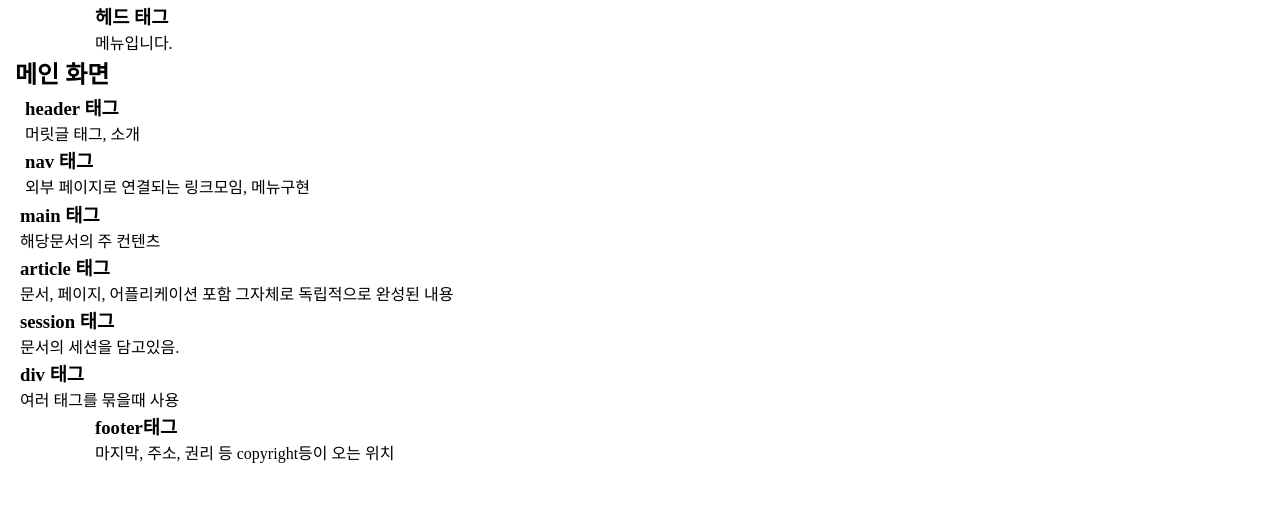
Repository: marudaga/html-css-lecture
Page: work/study/src/main/webapp/htmlEx/ch03/ex10.html
An editor plug-in stored every save of this project. The page is shown before and after the next save, followed by the edit.
The browser window is 1280 px wide. The pictures show the whole page.

Above is the page before, as saved 2022-09-07 01:32:02.

### work/study/src/main/webapp/htmlEx/ch03/ex10.html
<!DOCTYPE html>
<html>
<head>
<meta charset="UTF-8">
<title>Insert title here</title>
<style type="text/css">
* {
	margin:1px 5px; padding:0;
}
header, main,footer{
	width: 1100px; margin: 0 auto;/* margin: 0 auto 좌우 대칭*/
}
</style>

</head>
<body>
	<header>
		<h3>헤드 태그</h3>
		<nav>메뉴입니다.</nav>
	</header>
	<main></main>
	<h2>메인 화면</h2>

	<section style="float: left; width: 65%;">
		<article>
			<h3>header 태그</h3>
			<p>머릿글 태그, 소개</p>
		</article>

		<article>
			<h3>nav 태그</h3>
			<p>외부 페이지로 연결되는 링크모임, 메뉴구현</p>
		</article>
	</section>
	<aside style="float: right; width: 30%;"></aside>
	<div style="clear: both;"></div>

	<article>
		<h3>main 태그</h3>
		<p>해당문서의 주 컨텐츠</p>
	</article>
	<article>
		<h3>article 태그</h3>
		<p>문서, 페이지, 어플리케이션 포함 그자체로 독립적으로 완성된 내용</p>

	</article>

	<article>
		<h3>session 태그</h3>
		<p>문서의 세션을 담고있음.</p>
	</article>
	<article>
		<h3>div 태그</h3>
		<p>여러 태그를 묶을때 사용</p>
	</article>
	<footer>
	<h3>footer태그</h3>
	<p>마지막, 주소, 권리 등 copyright등이 오는 위치
	</footer>
</body>
</html>

After the next save:
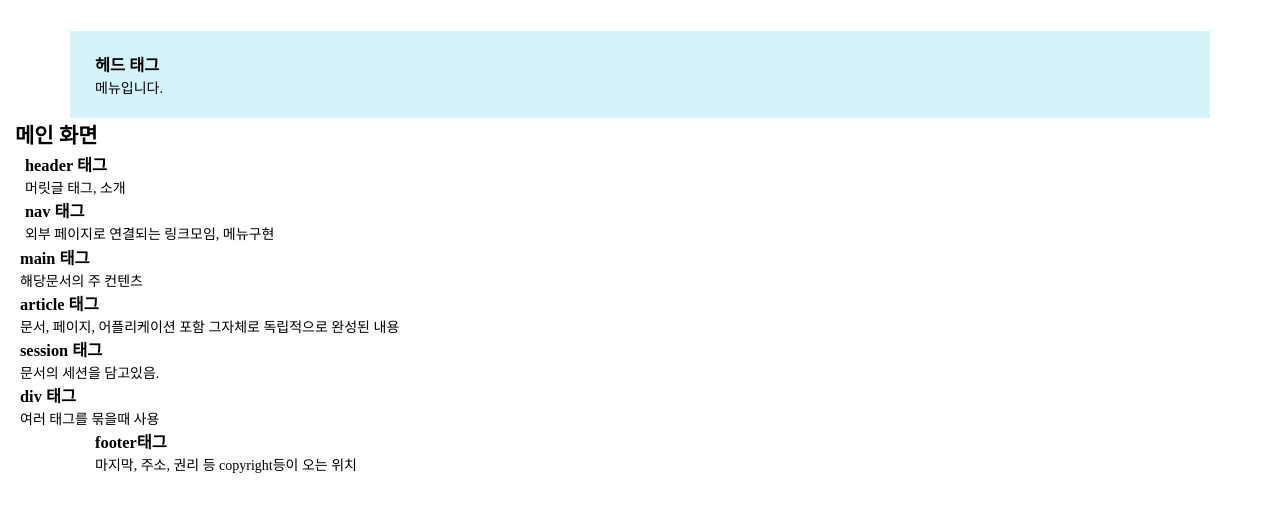
Saved 50 s later.
--- a/work/study/src/main/webapp/htmlEx/ch03/ex10.html
+++ b/work/study/src/main/webapp/htmlEx/ch03/ex10.html
@@ -7,8 +7,16 @@
 * {
 	margin:1px 5px; padding:0;
 }
+body{
+	font-size: 14px; font-family: 맑은 고딕;
+}
+
 header, main,footer{
 	width: 1100px; margin: 0 auto;/* margin: 0 auto 좌우 대칭*/
+}
+
+header {
+	background: #d4f4fa; margin-top: 30px; padding: 20px;
 }
 </style>
 
